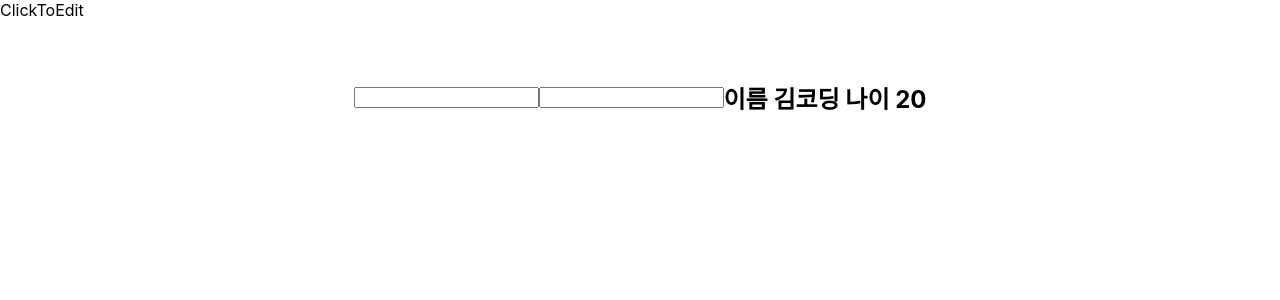
Repository: janghwahyun/wanted_pre_onboarding
Page: /ClickToEdit
These files come from the project's save history. The page is drawn as it stood at one moment and after the next save; the edit follows.
The browser window is 1280 px wide. The pictures show the whole page.
The project was rebuilt for these pictures with package versions that can differ from the ones it lists, and the page was loaded fresh each time. Also part of the build but not shown: src/component/AutoComplete.js, src/component/Modal.js, src/component/Tab.js, src/component/Toggle.js.

Above is the page before, as saved 2022-02-11 12:17:23.

### src/App.js
import ClickToEdit from './component/ClickToEdit';
import AutoComplete from './component/AutoComplete';
import Modal from './component/Modal';
import Tab from './component/Tab';
import Toggle from './component/Toggle';

import './App.css';
import { BrowserRouter, Routes, Route } from 'react-router-dom';

function App() {
  return (
    <BrowserRouter>
      <Routes>
        <Route path="/" element={<App />} />
        <Route path="/ClickToEdit" element={<ClickToEdit />} />
        <Route path="/AutoComplete" element={<AutoComplete />} />
        <Route path="/Modal" element={<Modal />} />
        <Route path="/Tab" element={<Tab />} />
        <Route path="/Toggle" element={<Toggle />} />
      </Routes>
    </BrowserRouter>
  );
}

export default App;

### src/component/ClickToEdit.js
import React, { useRef, useState } from 'react';
import styled from 'styled-components';

const ClickToEdit = () => {
  const [name, setName] = useState('김코딩');
  const [age, setAge] = useState('20');

  return (
    <>
      <div>ClickToEdit</div>
      <Input>
        <input onChange={e => setName(e.target.value)}></input>
        <input onChange={e => setAge(e.target.value)}></input>

        <h2>
          이름 {name} 나이 {age}
        </h2>
      </Input>
    </>
  );
};

const Input = styled.div`
  margin: 10px;
  padding: 30px;
  position: relative;
  display: flex;
  justify-content: center;
  align-items: center;
`;

export default ClickToEdit;

### src/App.css
* {
  box-sizing: border-box;
}

.App {
  width: 100%;
  height: 100vh;
  display: flex;
  justify-content: center;
  align-items: center;
}

Loaded but not shown: public/index.html (common file); src/index.js (common file); src/index.css (common file); src/reportWebVitals.js (common file)

After the next save:
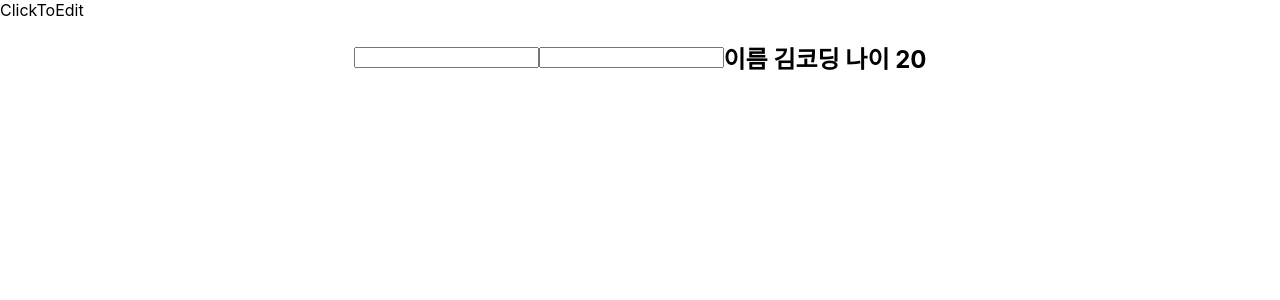
Saved 37 s later.
--- a/src/component/ClickToEdit.js
+++ b/src/component/ClickToEdit.js
@@ -21,8 +21,6 @@ const ClickToEdit = () => {
 };
 
 const Input = styled.div`
-  margin: 10px;
-  padding: 30px;
   position: relative;
   display: flex;
   justify-content: center;
